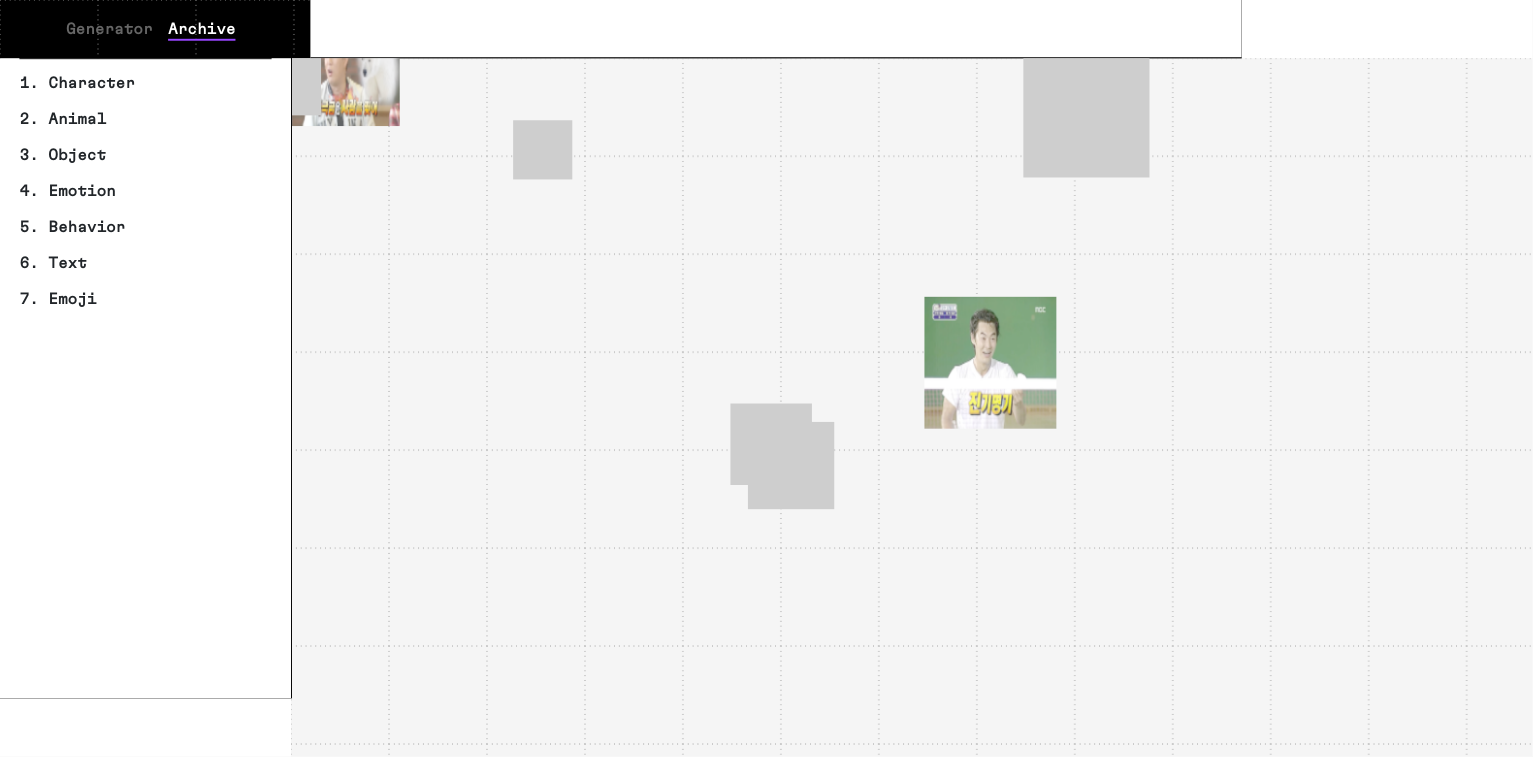
Repository: CastleBelll/project2
Page: /archive (app in job_app/)
The author's editor kept a copy of each file at every save. The page is drawn from the files as they stood at one save, then again after the next save.
The browser window is 1280 px wide. The page is 1580 px wide, so the pictures cover 1580 px, including what lies to the right of the window. The pictures show the whole page, at 97% of full size.
The project was rebuilt for these pictures with package versions that can differ from the ones it lists, and the page was loaded fresh each time. Also part of the build but not shown: job_app/src/Generator/Generator.js.

Above is the page before, as saved 2024-12-15 10:21:30.

After the next save:
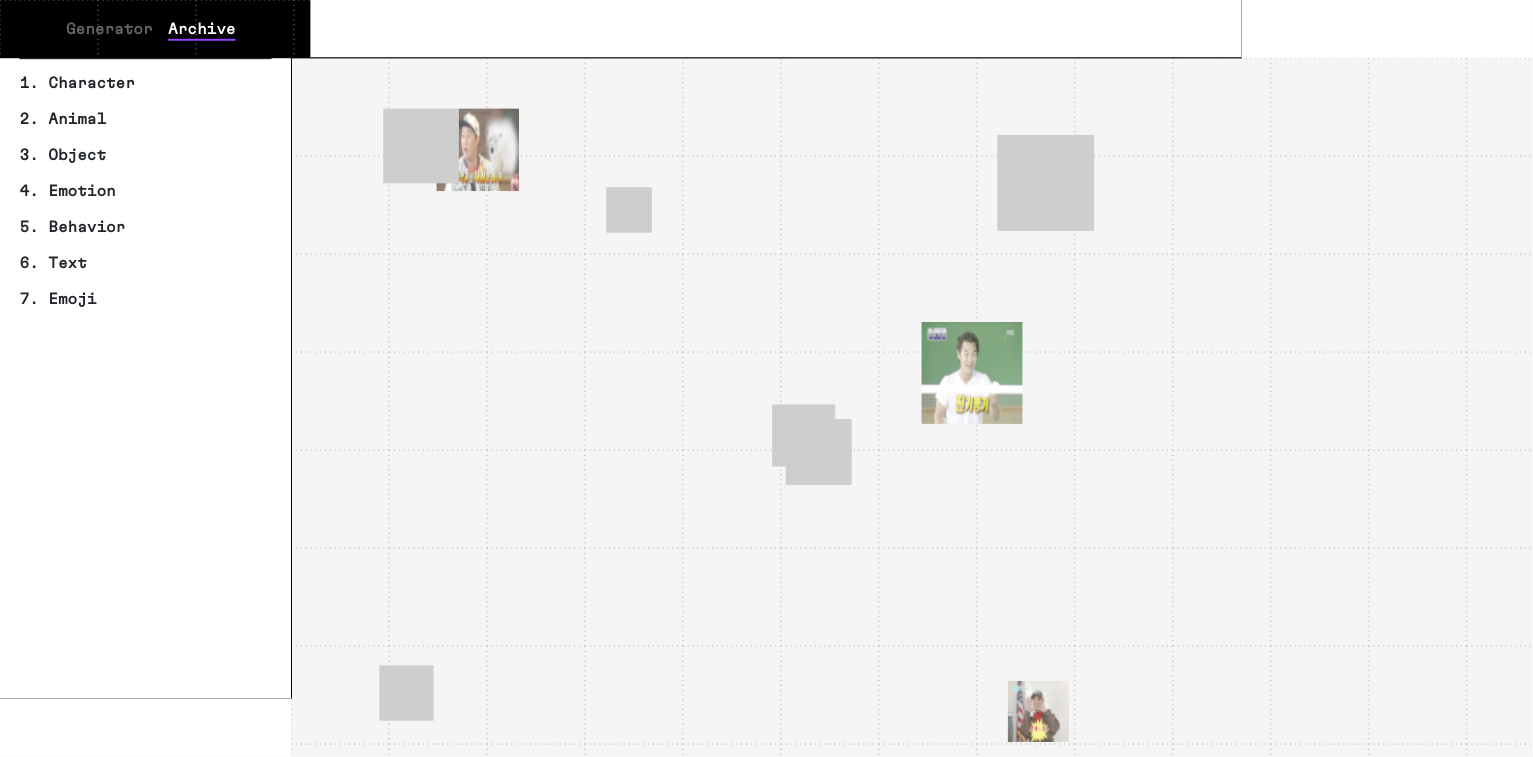
Saved 100 s later.
--- a/job_app/src/Archive/ArchiveMain.js
+++ b/job_app/src/Archive/ArchiveMain.js
@@ -34,7 +34,17 @@ const ArchiveMain = () => {
   useEffect(() => {
     // 씬, 카메라, 렌더러 설정
     const scene = new THREE.Scene();
-    const camera = new THREE.PerspectiveCamera(75, window.innerWidth / window.innerHeight, 0.1, 1000);
+    const aspect = window.innerWidth / window.innerHeight;
+
+    // OrthographicCamera로 변경
+    const camera = new THREE.OrthographicCamera(
+      -aspect * 5, // 왼쪽
+      aspect * 5,  // 오른쪽
+      5,           // 위쪽
+      -5,          // 아래쪽
+      0.1,         // 가까운 평면
+      1000         // 먼 평면
+    );
     cameraRef.current = camera; // 카메라 참조 저장
     const renderer = new THREE.WebGLRenderer({ canvas: canvasRef.current });
     renderer.setSize(window.innerWidth, window.innerHeight);
@@ -99,13 +109,11 @@ const ArchiveMain = () => {
       });
     };
 
-
     // 드래그 이벤트 처리
     let isDragging = false;
     let previousMousePosition = { x: 0, y: 0 };
 
     const handleMouseDown = (event) => {
-      // 마우스 클릭 시작
       isDragging = true;
       previousMousePosition = { x: event.clientX, y: event.clientY };
     };
@@ -113,7 +121,6 @@ const ArchiveMain = () => {
     const handleMouseMove = (event) => {
       if (!isDragging) return;
 
-      // 마우스 이동에 따라 카메라 위치를 업데이트
       const deltaX = event.clientX - previousMousePosition.x;
       const deltaY = event.clientY - previousMousePosition.y;
 
@@ -126,7 +133,6 @@ const ArchiveMain = () => {
       camera.position.x -= deltaX * moveSpeed;
       camera.position.y += deltaY * moveSpeed;
 
-      // 이전 마우스 위치 업데이트
       previousMousePosition = { x: event.clientX, y: event.clientY };
     };
 
@@ -136,7 +142,11 @@ const ArchiveMain = () => {
 
     // 윈도우 사이즈 변경 시 카메라 비율 업데이트
     const handleResize = () => {
-      camera.aspect = window.innerWidth / window.innerHeight;
+      const aspect = window.innerWidth / window.innerHeight;
+      camera.left = -aspect * 5;
+      camera.right = aspect * 5;
+      camera.top = 5;
+      camera.bottom = -5;
       camera.updateProjectionMatrix();
       renderer.setSize(window.innerWidth, window.innerHeight);
     };
